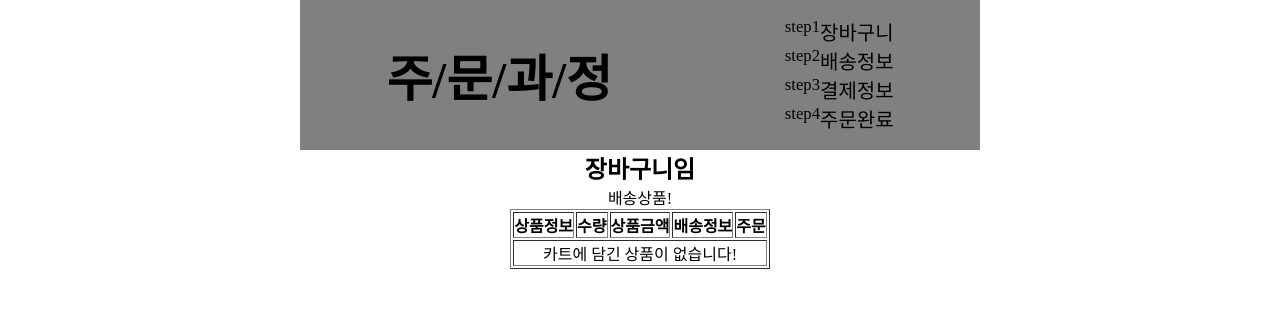
Repository: kym-1000/book
Page: http://localhost/book/WEB-INF/views/cart/cart1.jsp
These files come from the project's save history. The page is drawn as it stood at one moment and after the next save; the edit follows.
The browser window is 1280 px wide. The pictures show the whole page.
The page is served by Tomcat 9. Nobody is signed in. The template is opened directly, without the code that normally fills it, so the values that code supplies are empty.

Above is the page before, as saved 2023-01-02 09:01:22.

After the next save:
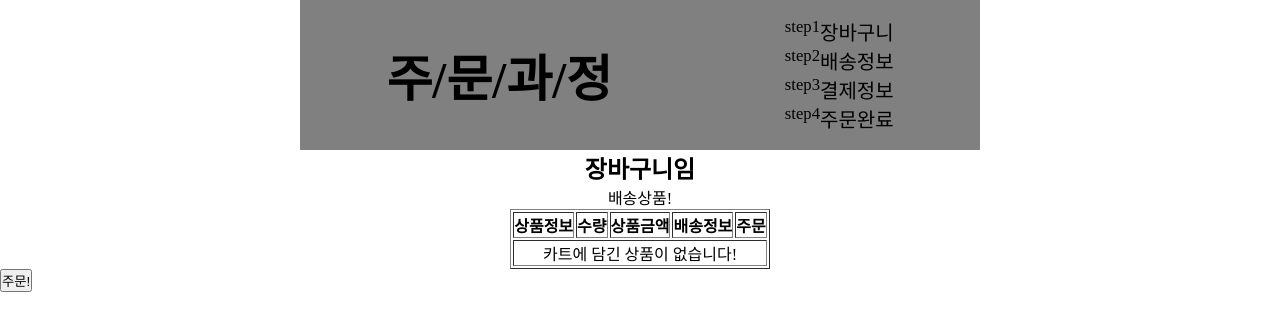
Saved 51 s later.
--- a/book/book/src/main/webapp/WEB-INF/views/cart/cart1.jsp
+++ b/book/book/src/main/webapp/WEB-INF/views/cart/cart1.jsp
@@ -54,6 +54,7 @@
 
 		</table>
 	</div>
+	<button>주문!</button>
 </form>
 </body>
 </html>
